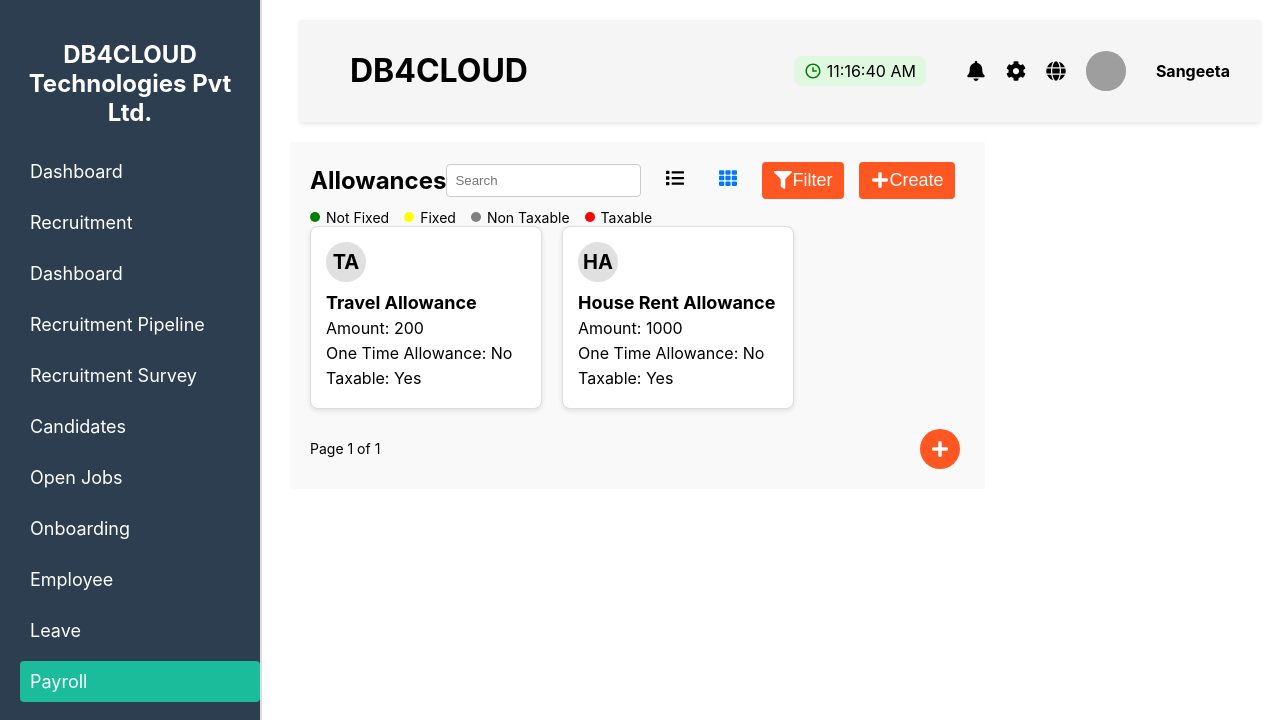
Repository: tinu-ns/Dev-code
Page: /payroll/allowances (app in HRMS-DEMO-Sang/hrms/)
The author's editor kept a copy of each file at every save. The page is drawn from the files as they stood at one save, then again after the next save.
The browser window is 1280 px wide. The pictures show the whole page.
Pictures or frames that could not be fetched are drawn as grey boxes. The project was rebuilt for these pictures with package versions that can differ from the ones it lists, and the page was loaded fresh each time. Also part of the build but not shown: HRMS-DEMO-Sang/hrms/src/components/Dashboard.js, HRMS-DEMO-Sang/hrms/src/components/Recruitment/RecruitmentDashboard.js, HRMS-DEMO-Sang/hrms/src/components/Recruitment/RecruitmentPipeline.js, HRMS-DEMO-Sang/hrms/src/components/Payroll/Contract.js, HRMS-DEMO-Sang/hrms/src/components/Payroll/Deductions.js, HRMS-DEMO-Sang/hrms/src/components/Payroll/Payslips.js, HRMS-DEMO-Sang/hrms/src/components/Payroll/PayrollDashboard.js, HRMS-DEMO-Sang/hrms/src/components/MainContent.css and 3 more.

Above is the page before, as saved 2024-11-06 16:05:53.

### HRMS-DEMO-Sang/hrms/src/App.js
import React from 'react';
import { BrowserRouter as Router, Route, Routes, Navigate } from 'react-router-dom';
import Sidebar from './components/Sidebar';
import Dashboard from './components/Dashboard';
import RecruitmentDashboard from './components/Recruitment/RecruitmentDashboard';
import RecruitmentPipeline from './components/Recruitment/RecruitmentPipeline';
import Allowances from './components/Payroll/Allowances';
import Contract from './components/Payroll/Contract';
import Deductions from './components/Payroll/Deductions';
import Payslips from './components/Payroll/Payslips';
import PayrollDashboard from './components/Payroll/PayrollDashboard';
import Header from './components/Header';
import MainContent from './components/MainContent';
import RightSidebar from './components/RightSidebar';

import './App.css';

function App() {
  return (
    <Router>
      <div className="app">
        <Sidebar />
        <div className="content-container">
          <Header />
          <div className="main-section">
            <Routes>
              {/* Main Dashboard Route */}
              <Route path="/" element={<><MainContent /><RightSidebar /></>} />
              <Route path="/dashboard" element={<Dashboard />} />

              {/* Recruitment Section */}
              <Route path="/recruitment/dashboard" element={<RecruitmentDashboard />} />
              <Route path="/recruitment/pipeline" element={<RecruitmentPipeline />} />

              {/* Payroll Section Routes */}
              <Route path="/payroll/payroll-dashboard" element={<PayrollDashboard />} />
              <Route path="/payroll/allowances" element={<Allowances />} />
              <Route path="/payroll/contract" element={<Contract />} />
              <Route path="/payroll/deductions" element={<Deductions />} />
              <Route path="/payroll/payslips" element={<Payslips />} />

              {/* Redirect unknown routes to main dashboard */}
              <Route path="*" element={<Navigate to="/" />} />
            </Routes>
          </div>
        </div>
      </div>
    </Router>
  );
}

export default App;

### HRMS-DEMO-Sang/hrms/src/components/Sidebar.js
import React, {useState} from "react";
import { NavLink } from "react-router-dom";

import "./Sidebar.css"
const Sidebar = () => {
  const [isPayrollOpen, setIsPayrollOpen] = useState(false);
  const togglePayrollMenu = () => {
    setIsPayrollOpen(!isPayrollOpen);
  };


  return (
    <div className="container">
    <div className="sidebar">
      <h2>DB4CLOUD Technologies Pvt Ltd.</h2>
      <ul className="sidebar-list">
      <li>
          <NavLink to="/dashboard" activeClassName="active">
            Dashboard
          </NavLink>
        </li>
        <li>
          <NavLink to="/recruitment" activeClassName="active">
            Recruitment
          </NavLink>
          <ul>
            <li><NavLink to="/recruitment/dashboard">Dashboard</NavLink></li>
            <li><NavLink to="/recruitment/pipeline">Recruitment Pipeline</NavLink></li>
            <li><NavLink to="/recruitment/survey">Recruitment Survey</NavLink></li>
            <li><NavLink to="/recruitment/candidates">Candidates</NavLink></li>
            <li><NavLink to="/recruitment/open-jobs">Open Jobs</NavLink></li>
          </ul>
        </li>
        {/* Add more items as needed */}
        <li>
          <NavLink to="/onboarding" activeClassName="active">
            Onboarding
          </NavLink>
        </li>
        <li>
          <NavLink to="/employee" activeClassName="active">
            Employee
          </NavLink>
        </li>
        <li>
          <NavLink to="/leave" activeClassName="active">
            Leave
          </NavLink>
        </li>
            {/* Payroll section */}
        <li>
          <NavLink to="/payroll" activeClassName="active" className="menu-toggle" onClick={togglePayrollMenu}>
            Payroll
          </NavLink>

          {isPayrollOpen && (
            <ul className="submenu">
              <li><NavLink to="/payroll/payroll-dashboard">Dashboard</NavLink></li>
              <li><NavLink to="/payroll/allowances">Allowances</NavLink></li>
              <li><NavLink to="/payroll/contract">Contracts</NavLink></li>
              <li><NavLink to="/payroll/deductions">Deductions</NavLink></li>
              <li><NavLink to="/payroll/payslips">Payslips</NavLink></li>
              <li><NavLink to="/payroll/payroll">Payroll</NavLink></li>
              <li><NavLink to="/payroll/loan-advance-salary">Loan / Advance Salary</NavLink></li>
              <li><NavLink to="/payroll/encashments-reimbursements">Encashments & Reimbursements</NavLink></li>
              <li><NavLink to="/payroll/federal-tax">Federal Tax</NavLink></li>
            </ul>
          )}
        </li>
        <li>
          <NavLink to="/performance" activeClassName="active">
            Performance
          </NavLink>
        </li>
        <li>
          <NavLink to="/offboarding" activeClassName="active">
            Offboarding
          </NavLink>
        </li>
        <li>
          <NavLink to="/assets" activeClassName="active">
            Assets
          </NavLink>
        </li>
        <li>
          <NavLink to="/help-desk" activeClassName="active">
            Help Desk
          </NavLink>
        </li>
        <li>
          <NavLink to="/configuration" activeClassName="active">
            Configuration
          </NavLink>
        </li>
      </ul>
    </div>

    </div>
  );
};

export default Sidebar;

### HRMS-DEMO-Sang/hrms/src/components/Header.js
import React, {useState,useEffect} from 'react'
import {FaBell, FaCog, FaGlobe, FaSignOutAlt} from 'react-icons/fa'
import {BiTime} from 'react-icons/bi'
import './Header.css'

const Header = () => {
    const [currentTime, setCurrentTime] = useState('')
    const [showDropdown, setShowDropdown] = useState(false);

    const getCurrentTime = () => {
        const now = new Date()
        return now.toLocaleTimeString()   // Returns time as HH:MM:SS
    }

// Update time every second
useEffect(() => {
    const timer = setInterval(() => {
      setCurrentTime(getCurrentTime());
    }, 1000); // Update every 1000ms (1 second)

    // Cleanup interval on component unmount
    return () => clearInterval(timer);
  }, []); // Empty dependency array to run only on mount/unmount


    const toggleDropdown = () => {
        setShowDropdown(!showDropdown)
    }


  return (
    <header className='bg-container'>
      <div className='header'>
        <div className="header-left">
        <button className='menu-button'></button>
        <h1>DB4CLOUD</h1>
        </div>

        <div className="header-right">
          {/*  <p>You cannot mark attendence from this network</p> */}

                {/* Time display*/ }
                <div className="time-box">
                    <BiTime className='time-icon' />
                    <span>{currentTime}</span>
                </div>

                {/*Icons for notificatins, settings, etc. */}
                <FaBell className='icon' title='Notifications' />
                <FaCog className="icon" title="Settings" />
                <FaGlobe className='icon' title='Language' />

                {/* User Profile with dropdown*/ }

                <div className="user-profile" onClick={toggleDropdown}>
                    <div className="user-avatar">
                    < img src="https://th.bing.com/th/id/OIP.Pgv1PargHCECE7gCB5kJ-wHaKx?rs=1&pid=ImgDetMain"
                alt="user-Avatar" className="avatar" />
                    </div>
                    <span className="user-name">Sangeeta</span>

{showDropdown && (
    <div className="dropdown">
        <ul>
            <li>Profile</li>
            <li>Setting</li>
            <li>
                <FaSignOutAlt /> Logout
            </li>
        </ul>
    </div>
)}

</div>

     {  /*      <div className="user-info">
                <span className='user-name'>Shalu</span>
                < img src="https://th.bing.com/th/id/OIP.Pgv1PargHCECE7gCB5kJ-wHaKx?rs=1&pid=ImgDetMain"
                alt="user-Avatar" className="avatar" />
            </div>
            */ }
        </div>


      </div>

    </header>
  )
}

export default Header

### HRMS-DEMO-Sang/hrms/src/App.css
.app{
  display: flex;
  height: 100vh;
  background-color: #f4f4f4;
}

.content-container{
  flex-grow: 1;
  padding: 20px;
  background-color: #fff;
  margin-left: 200px;
  display: flex;
  flex-direction: column;

}

.main-section{
  display: flex;
  justify-content: space-between;
  padding: 20px;
}


.sidebar {
  width: 220px;
  background-color: #2c3e50;
  position: fixed;
  height: 100vh;
}

### HRMS-DEMO-Sang/hrms/src/components/Sidebar.css
 .container{
    display: flex;
    height: 100vh;
    margin-right: 50px;
}

/*
.content{
    flex-grow: 1;
    padding: 20px;
    padding-left: 50px;

}  */

.sidebar {
    width: 220px;
    height: 100vh;
    background-color: #503f2c;
    padding: 20px;
    color: white;
    height: 100vh;
    position: fixed;
    border-right: 2px solid #ddd;
    overflow-y: auto;        /* Allows vertical scrolling */
    position: fixed;
    margin-right: 200px;        /* Keeps sidebar fixed on the left side */

  }



  .sidebar h2{
    text-align: center;
    margin-bottom: 30px;
    font-size: 24px;
  }

  .sidebar-list{
    list-style-type: none;
    padding: 0;
  }


  .sidebar-list li{
    margin-bottom: 15px;
  }

  .sidebar-list li a {
    color: white;
    text-decoration: none;
    font-size: 18px;
    padding: 10px;
    border-radius: 4px;
    display: block;
  }

  .sidebar-list li a:hover{
    color: #1abc9c;
  }

  .sidebar-list li a.active{
    background-color: #1abc9c;
    color: white;
  }

  .sidebar {
    width: 250px;
    background-color: #2E3A46;
    color: #FFF;
    padding: 20px;
    height: 100vh;
  }

  .sidebar h2 {
    font-size: 1.5em;
    margin-bottom: 1em;
  }

  .sidebar ul {
    list-style: none;
    padding: 0;
  }

  .sidebar li {
    margin: 10px 0;
  }

  .sidebar li ul {
    margin-top: 5px;
  }

  .sidebar a {
    color: #FFF;
    text-decoration: none;
  }

  .sidebar a:hover {
    text-decoration: underline;
  }

  .sidebar a.active {
    color: #20c997;
  }

  .sidebar ul li a:hover, .menu-toggle:hover {
    background-color: #34495e;
  }

  .menu-toggle {
    background: none;
    border: none;
    color: #ecf0f1;
    font-size: 1rem;
    text-align: left;
    cursor: pointer;
    width: 100%;
    padding: 10px;
  }

  .submenu {
    list-style-type: none;
    padding-left: 20px;
  }

  .submenu li a {
    padding-left: 20px;
    font-size: 0.9rem;
  }

### HRMS-DEMO-Sang/hrms/src/components/Recruitment/RecruitmentPipeline.css
.pipeline-container {
    padding: 20px;
    background-color: #f5f5f5;
    border-radius: 8px;
  }

  .pipeline-section {
    margin-top: 20px;
  }

  .pipeline-section h3 {
    background-color: #f8f9fa;
    padding: 10px;
    border-left: 5px solid #ffa500;
  }

  .recruitment-table {
    width: 100%;
    border-collapse: collapse;
  }

  .recruitment-table th,
  .recruitment-table td {
    padding: 10px;
    border-bottom: 1px solid #ddd;
    text-align: left;
  }

  .recruitment-table th {
    background-color: #f1f1f1;
  }

  button {
    padding: 5px 10px;
    margin: 0 5px;
    border: none;
    border-radius: 4px;
    cursor: pointer;
  }

  button:hover {
    background-color: #ddd;
  }

### HRMS-DEMO-Sang/hrms/src/components/Payroll/Allowances.css
.allowances-container {
    padding: 20px;
    background-color: #f9f9f9;
  }

  .allowances-header {
    display: flex;
    justify-content: space-between;
    align-items: center;
    margin-bottom: 10px;
  }

  .allowances-header h2 {
    margin: 0;
  }

  .controls {
    display: flex;
    align-items: center;
  }

  .search-input {
    padding: 8px;
    margin-right: 10px;
    border: 1px solid #ccc;
    border-radius: 4px;
  }

  .view-toggle, .filter-btn, .create-btn {
    background: none;
    border: none;
    font-size: 18px;
    margin-right: 10px;
    cursor: pointer;
  }

  .view-toggle.active, .filter-btn.active, .create-btn.active {
    color: #007bff;
  }

  .filter-btn, .create-btn {
    display: flex;
    align-items: center;
    padding: 8px 12px;
    background-color: #ff5722;
    color: white;
    border-radius: 4px;
    cursor: pointer;
  }

  .status-indicators {
    display: flex;
    gap: 15px;
    font-size: 14px;
  }

  .dot {
    display: inline-flex;
    align-items: center;
  }

  .dot::before {
    content: '';
    display: inline-block;
    width: 10px;
    height: 10px;
    margin-right: 6px;
    border-radius: 50%;
  }

  .not-fixed::before {
    background-color: green;
  }

  .fixed::before {
    background-color: yellow;
  }

  .non-taxable::before {
    background-color: gray;
  }

  .taxable::before {
    background-color: red;
  }

  .card-view {
    display: flex;
    gap: 20px;
    flex-wrap: wrap;
  }

  .allowance-card {
    background: white;
    border: 1px solid #ddd;
    border-radius: 8px;
    padding: 15px;
    width: 200px;
    box-shadow: 0 2px 5px rgba(0, 0, 0, 0.1);
  }

  .card-icon {
    font-size: 20px;
    font-weight: bold;
    background: #e0e0e0;
    width: 40px;
    height: 40px;
    display: flex;
    align-items: center;
    justify-content: center;
    border-radius: 50%;
    margin-bottom: 10px;
  }

  .card-content h3 {
    margin: 0;
    font-size: 18px;
  }

  .card-content p {
    margin: 5px 0;
  }

  .list-view {
    background: white;
    border-radius: 8px;
    overflow: hidden;
    box-shadow: 0 2px 5px rgba(0, 0, 0, 0.1);
  }

  table {
    width: 100%;
    border-collapse: collapse;
  }

  table th, table td {
    padding: 12px;
    text-align: left;
    border-bottom: 1px solid #ddd;
  }

  .edit-btn, .delete-btn {
    background: none;
    border: none;
    cursor: pointer;
    font-size: 16px;
    margin-right: 8px;
  }

  .edit-btn {
    color: #007bff;
  }

  .delete-btn {
    color: #ff5722;
  }

  .footer {
    display: flex;
    justify-content: space-between;
    align-items: center;
    padding-top: 20px;
  }

  .footer span {
    font-size: 14px;
  }

  .add-btn {
    background-color: #ff5722;
    color: white;
    font-size: 18px;
    width: 40px;
    height: 40px;
    border: none;
    border-radius: 50%;
    display: flex;
    align-items: center;
    justify-content: center;
    cursor: pointer;
  }

### HRMS-DEMO-Sang/hrms/src/components/Payroll/PayrollDashboard.css
/* PayrollDashboard.css */
.payroll-dashboard {
  padding: 20px;
}

.status-containers {
  display: flex;
  justify-content: space-between;
  margin-bottom: 20px;
}

.status-container {
  background-color: #f0f0f0;
  border: 1px solid #ccc;
  padding: 10px;
  text-align: center;
  width: 18%;
}

.paid {
  background-color: #d4edda;
}
.confirmed {
  background-color: #cce5ff;
}
.review {
  background-color: #fff3cd;
}
.draft {
  background-color: #f8d7da;
}


.export-buttons {
  display: flex;
  gap: 10px;
  padding: 10px;
  text-align: center;
  cursor: pointer;
  width: 100px;


}

.export{
    color: #28a745;
    font-size: 15px;
    padding: 10px 15px;
    font-weight: 700;
    cursor: pointer;
    font-size: 15px;
    background-color:  #e3e8eb;
    border-radius: 5px;
    border: none;
}

.export:hover {
    background-color: rgb(152, 225, 152);
  }

.export-form {
  margin-top: 20px;
  border: 1px solid #ccc;
  padding: 20px;
  background-color: #f9f9f9;
  border: 1px solid #ccc;
  border-radius: 5px;
  width: 40%;
  display: flex;
  flex-direction: column;
  box-shadow: 0px 4px 8px rgba(0, 0, 0, 0.1);
}

.form-row {
    display: flex;
    gap: 20px;
    margin-bottom: 10px;
  }

  .form-group {
    display: flex;
    flex-direction: column;
    flex: 1;
  }

  .form-group label {
    margin-bottom: 5px;
    font-size: 14px;
    color: #333;
    font-weight: bold;
  }

.export-form label {
  display: block;
  margin-bottom: 10px;
}

.export-form input,
.export-form select {
    padding: 8px;
  border: 1px solid #ccc;
  border-radius: 5px;
}

.export-form button {
  margin-top: 10px;
  padding: 10px;
  background-color: #28a745;
  color: white;
  border: none;
  cursor: pointer;
}

.submit-button:hover {
    background-color: #218838;
  }

.status {
  display: flex;
  justify-content: space-around;
  gap: 20px;
}

.status-item {
  background-color: #f5f5f5;
  padding: 20px;
  width: 200px;
  text-align: center;
  border-radius: 8px;
  margin-bottom: 20px;
  box-shadow: 0px 4px 8px rgba(0, 0, 0, 0.1);
  border-top: 1px solid green;
}

.row-container {
  display: flex;
  align-items: center;
  justify-content: space-between; /* Space between calendar and export button */
  margin-bottom: 20px;
  background-color: #d4edda;
  text-align: center;
  align-self: center;


}

.calendar-container {
    margin-bottom: 20px;
  }


.date-selector {
  display: flex;
  flex-direction: row;
  padding: 10px;
}

.date-selector label {
  font-size: 14px;
  margin-bottom: 5px;
  margin-right: 10px;
  color: rgb(121, 5, 5);
  font-weight: bold;
  text-align: center;
}

.date-selector input[type="month"] {
  padding: 5px;
  border: 1px solid #ccc;
  border-radius: 5px;
  box-shadow: 0px 4px 8px rgba(0, 0, 0, 0.1);
}

.dashboard-content {
  display: grid;
  grid-template-columns: 1fr 1fr;
  gap: 20px;
}

.employee-payslips,
.contributions,
.contracts-ending,
.department-chart {
  background-color: #ffffff;
  border: 1px solid #e0e0e0;
  border-radius: 8px;
  padding: 20px;
}

.employee-payslips h3,
.contributions h3,
.contracts-ending h3,
.department-chart h3 {
  font-size: 16px;
  color: #333333;
  margin-bottom: 10px;
  text-align: center;
  padding-bottom: 10px;
}

.payslip-chart,
.chart-placeholder {
  height: 200px;
  background-color: hsl(335, 23%, 90%);
  border-radius: 8px;
  display: flex;
  align-items: center;
  justify-content: center;
}


.payslip-chart {
    height: 300px;
    border-radius: 8px;
    display: flex;
    align-items: center;
    justify-content: center;
    padding: 10px;
  }

  .contributions {
    margin-top: 20px;
  }


.employee-dropdown {
  width: 100%;
  padding: 8px;
  margin-bottom: 20px;
  border: 1px solid #ccc;
  border-radius: 5px;
}

table {
  width: 100%;
  border-collapse: collapse;
  margin-top: 10px;
}

th,
td {
  padding: 8px;
  text-align: left;
  border-bottom: 1px solid #ddd;
}

.avatar {
    display: inline-flex;
    align-items: center;
    justify-content: center;
    width: 30px;
    height: 30px;
    border-radius: 50%;
    background-color: #007bff;
    color: white;
    font-weight: bold;
    margin-right: 8px;
    font-size: 14px;
}

.no-contracts {
  text-align: center;
  color: #777;
  font-style: italic;
}

.department-chart {
    background-color: #ffffff;
    border: 1px solid #e0e0e0;
    border-radius: 8px;
    padding: 20px;
    text-align: center;
  }

  .department-chart h3 {
    font-size: 16px;
    color: #333333;
    margin-bottom: 10px;
  }

  .department-chart canvas {
    max-width: 300px; /* Adjust size if needed */
    margin: 0 auto;
  }

  .contracts-ending {
    background-color: #ffffff;
    border: 1px solid #e0e0e0;
    border-radius: 8px;
    padding: 20px;
    box-shadow: 0px 4px 8px rgba(0, 0, 0, 0.1);
    margin-bottom: 20px;
  }

  .contracts-header {
    display: flex;
    flex-direction: column;
    align-items: flex-start;
    margin-bottom: 15px;
  }

  .contracts-header h3 {
    font-size: 16px;
    color: #333333;
    margin: 0;
  }

  .contract-count {
    color: #888;
    font-size: 14px;
  }

  .contract-list {
    display: flex;
    flex-direction: column;
    gap: 10px;
  }

  .contract-item {
    display: flex;
    align-items: center;
    gap: 10px;
    padding: 10px;
    background-color: #f5f5f5;
    border-radius: 6px;
    transition: background-color 0.3s ease;
  }

  .contract-item:hover {
    background-color: #e8f8ff;
  }

  .contract-circle {
    width: 40px;
    height: 40px;
    background-color: #007bff;
    color: #ffffff;
    font-weight: bold;
    display: flex;
    align-items: center;
    justify-content: center;
    border-radius: 50%;
    font-size: 14px;
  }

  .contract-details {
    display: flex;
    flex-direction: column;
  }

  .employee-name {
    font-weight: 600;
    color: #333;
  }

  .contract-date {
    font-size: 13px;
    color: #555;
  }

### HRMS-DEMO-Sang/hrms/src/components/Header.css
.bg-container{
  padding-left: 30px;

}

.header {
    background-color: #f5f5f5;
    padding: 10px 20px;
    display: flex;
    justify-content: space-between;
    align-items: center;
    box-shadow: 0px 2px 5px rgba(0, 0, 0, 0.1);
  }

  .header-left {
    display: flex;
    align-items: center;
  }

  .menu-button {
    font-size: 24px;
    background: none;
    border: none;
    cursor: pointer;
  }

  .h1{
    margin-left: 15px;
    font-size: 24px;
    color: red! important ;
  }

  .header-right{
    display: flex;
    align-items: center;
  }

  .icon{
    margin-left: 20px;
    font-size: 20px;
    cursor: pointer;
  }

  .time-box {
    display: flex;
    align-items: center;
    background-color: #e0f7e0;
    padding: 5px 10px;
    border-radius: 8px;
    margin-right: 20px;
  }

  .time-icon {
    margin-right: 5px;
    font-size: 18px;
    color: green;
  }

  .user-profile{
    display: flex;
    align-items: center;
    cursor: pointer;
    position: relative;
  }

  .user-avatar{
    padding: 20px;
  }

  .avatar{
    width: 40px;
    height: 40px;
    background-color: #d4d4d4;
    border-radius: 50%;
    display: flex;
    justify-content: center;
    align-items: center;
    font-size: 18px;
    color: white;
    margin-right: 10px;

  }

  .user-name{
    font-weight: bold;
  }

  .dropdown{
    position: absolute;
    top: 50px;
    right: 0;
    background-color: #fff;
    box-shadow: 0px 2px 8px rgba(0, 0, 0, 0.1);
    border-radius: 5px;
    z-index: 100;
  }

  .dropdown ul {
    list-style-type: none;
    padding: 10px;
    margin: 0;
  }

  .dropdown ul li {
    padding: 10px 15px;
    cursor: pointer;
  }

  .dropdown ul li:hover {
    background-color: #f5f5f5;
  }

  .user-info {
    display: flex;
    align-items: center;
  }

  .user-name {
    margin-right: 10px;
  }

Loaded but not shown: HRMS-DEMO-Sang/hrms/public/index.html (common file); HRMS-DEMO-Sang/hrms/src/index.js (common file); HRMS-DEMO-Sang/hrms/src/index.css (common file); HRMS-DEMO-Sang/hrms/src/reportWebVitals.js (common file); HRMS-DEMO-Sang/hrms/src/components/Payroll/Allowances.js (129 lines, source omitted)

After the next save:
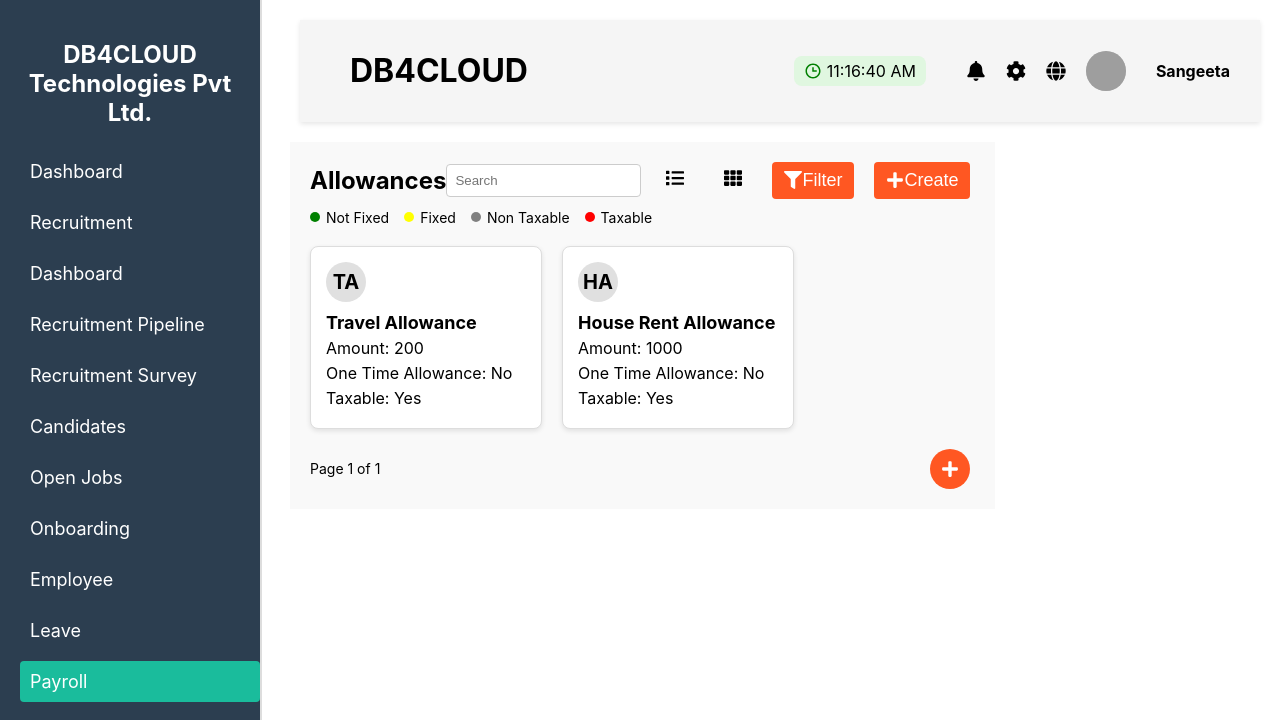
Saved 47 s later.
--- a/HRMS-DEMO-Sang/hrms/src/components/Payroll/Allowances.css
+++ b/HRMS-DEMO-Sang/hrms/src/components/Payroll/Allowances.css
@@ -12,16 +12,17 @@
 
   .allowances-header h2 {
     margin: 0;
+    font-size: 24px;
   }
 
   .controls {
     display: flex;
     align-items: center;
+    gap: 10px;
   }
 
   .search-input {
     padding: 8px;
-    margin-right: 10px;
     border: 1px solid #ccc;
     border-radius: 4px;
   }
@@ -30,12 +31,7 @@
     background: none;
     border: none;
     font-size: 18px;
-    margin-right: 10px;
     cursor: pointer;
-  }
-
-  .view-toggle.active, .filter-btn.active, .create-btn.active {
-    color: #007bff;
   }
 
   .filter-btn, .create-btn {
@@ -52,6 +48,8 @@
     display: flex;
     gap: 15px;
     font-size: 14px;
+    margin-top: 10px;
+    margin-bottom: 20px;
   }
 
   .dot {
